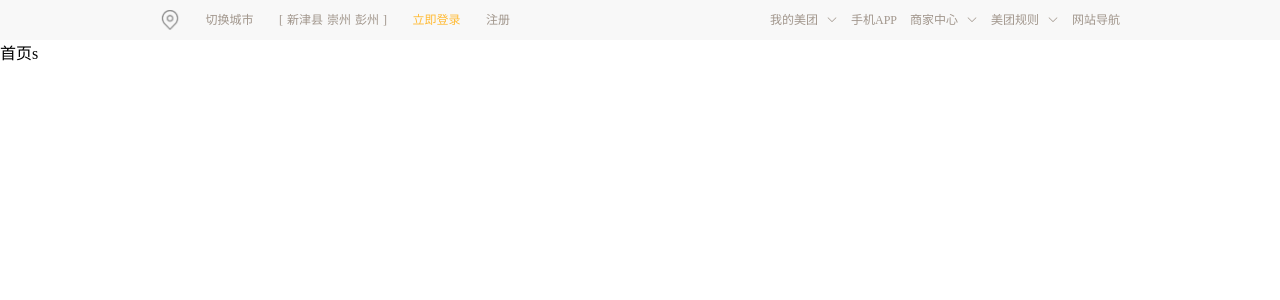
Repository: Wu-Tong-Xian/EasyMeituan
Page: /
An editor plug-in stored every save of this project. The page is shown before and after the next save, followed by the edit.
The browser window is 1280 px wide. The pictures show the whole page.
The page's requests for data from a server got no answer. The project was rebuilt for these pictures with package versions that can differ from the ones it lists, and the page was loaded fresh each time. No one was signed in, and anything a server would have sent is missing. Also part of the build but not shown: vue.config.js.

Above is the page before, as saved 2020-08-20 17:21:36.

### src/main.js
import Vue from 'vue'
import App from './App.vue'
import router from './router'
import store from './store'
import api from './http/api'  //引入http 里封装的api
// 因为封装了axios 在http引入了
// import axios from 'axios'//引入axios
// Vue.prototype.$axios = axios;//把axios挂载到vue上

// 引入element ui
import ElementUI from 'element-ui';
import 'element-ui/lib/theme-chalk/index.css';

Vue.config.productionTip = false
Vue.prototype.$api =api
Vue.use(ElementUI);

new Vue({
  router,
  store,
  render: h => h(App)
}).$mount('#app')

### src/App.vue
<template>
  <div id="app">
    <router-view/>

  </div>
</template>

<style lang="scss">
@import "./style/components";
</style>

### src/router/index.js
import Vue from 'vue'
import VueRouter from 'vue-router'
import Home from '../views/Home.vue'
import layout from '../views/layout/layout.vue'

Vue.use(VueRouter)

  const routes = [
    {
      path:'/home',
      redirect:'/'
    },
  {
    path: '/',
    name: 'layout',
    component: layout,
    children:[{
      path:'',
      name:'/home',
      component:Home,
      meta:{
        title:'首页',
      },
    },
    {
      path: '/citySelection',
      name: 'citySelection',
      component: () => import( '../views/citySelection/citySelection.vue'),
      meta:{
        title:'城市选择',
      },
    },
    {
      path: '/detail',
      name: 'detail',
      component: () => import(/* webpackChunkName: "about" */ '../views/detail/detail.vue'),
      meta:{
        title:'详情页',
      },
    },
  ]
  },
  {
    path: '/login',
    name: 'login',
    component: () => import(/* webpackChunkName: "about" */ '../views/login/login'),
    meta:{
      title:'登录页',
    },
  },
  {
    path: '/phoneApp',
    name: 'phoneApp',
    component: () => import(/* webpackChunkName: "about" */ '../views/phoneApp/phoneApp'),
    meta:{
      title:'手机App',
    },
  },
  {
    path: '/register',
    name: 'register',
    component: () => import(/* webpackChunkName: "about" */ '../views/register/register'),
    meta:{
      title:'登录页',
    },
  },
  {
    path:'*',
    component: () => import(/* webpackChunkName: "about" */ '../views/err/err'),
  }

]

const router = new VueRouter({
  mode: 'history',
  base: process.env.BASE_URL,
  routes
})


//  设置 白名单： 登陆 注册  找回密码/
// let whitePath = [ '/login','/register','/findPwd']
// // let whitePath = [ '/login']

router.beforeEach((to,from,next) =>{
//   // 通过路由源信息（meta（写在路由后 在上面））给浏览器绑定名字
  document.title =to.meta.title
//   let user =JSON.parse(localStorage.getItem('user'))
//   // 如果用户跳转的就是登录页面就让他直接去
//   // 设置了白名单 这里就可以修改为
//   if(whitePath.includes(to.path)) {
//   // if(to.path === '/login') {
    next()
//   }else {
//     // 如果有user就让他调转其他页面 否则就调转到本页面
//       user ? next() : next('/login')
//     }
})


export default router

### src/http/api.js
// import api from './http/api'  //需要在main.js 里面引入 里封装的api
// Vue.prototype.$api =api      //需要在main.js 里面引入 里封装的api

//是用来封装所有的请求
import service from "./index" //http 下面叫index的 必须省略index.js
// import { get } from "core-js/fn/dict"
// import { get } from "core-js/fn/dict"

// export default{} 里面所有的属性就是请求方法
export default {
  // 3. 分类查询(get)   /classification?mallSubId=${id}   参数:  id:默认分类的id
  getClassification(id) {
    return service.get(`/classification?mallSubId=${id}`)
  },
  // 14. 获取用户信息(post) /queryUser
  getqueryUser() {
    return service.post(`queryUser`)
  },
  // 15. 修改保存用户信息(post) //saveUser 参数: gender:性别 year:年 month:月 day:日 id:用户id nickname:昵称
  getsaveUser({    gender,    year,    month,    day,    id,    nickname
  }) {
    return service.post('saveUser', {  gender,  year,  month, day, id,  nickname
    })
  },
  // 16. 查询用户订单数量(get)  // /myOrder/orderNum
  getorderNum() {
    return service.get(`/myOrder/orderNum`)
  },
// 上面是pc 发请求get(有参数跟没参数示例) post(有参数,跟没参数)




  // ###  获取定位  ```js   http://localhost:8888/position ```
  getposition() {
    return service.get(`/position`)
  },

  // ### 获取所有省份 ```js   http://localhost:8888/province```
  getProvince() {
    return service.get(`/province`)
  },

  // ### 获取省份所有城市  http://localhost:8888/citys/省份id
  getCitys(id) {
    return service.get(`/citys?id=${id}`)
  },

  // ### 获取城市具体信息  ``` js   http://localhost:8888/crumbs?city=城市名
  getcrumbs(city) {
    return service.get(`/crumbs?city=${city}`)
  },

  // ### 省市关联   http://localhost:8888/city
  getcity() {
    return service.get(`/city`)
  },

  // ### 热门城市   http://localhost:8888/hotCity
  gethotCity() {
    return service.get(`/hotCity`)
  },
  // ### 全部分类   http://localhost:8888/menu
  getmenu() {
    return service.get(`/menu`)
  },
  // ### 热门搜索   http://localhost:8888/hotPlace?city=城市名```
  gethotPlace(city) {
    return service.get(`/hotPlace?city=${city}`)
  },
  // ### 搜索建议    http://localhost:8888/searchTop?city=城市名&input=关键词```
  getsearchTop(city,input) {
    return service.get(`/searchTop?city=${city}&input=${input}`)
  },
  // ### 根据关键词搜索  http://localhost:8888/results?city=城市名&keyword=关键词 ```
  getresults(city,keyword) {
    return service.get(`results?city=${city}&input=${keyword}`)
  },
  // ### 商铺详情  http://localhost:8888/products?keyword=商铺名称&city=城市名```
  getproducts(keyword,city) {
    return service.get(`/products?keyword=${keyword}&city=${city}`)
  },
  // ### 有格调 (调关键词搜索接口)   #### 对应的tab
  // - 约会聚餐 => 美食   - 丽人spa => 丽人   - 电影演出 => 电影
  // - 品质出游 => 旅游   - 全部 => 景点    ### 登录

  // ### 登录 http://localhost:8888/users/login (post)  参数: username: 用户名 password: 密码
  postlogin({ username,  password  }) {
    return service.post('/users/login', {  username,  password    })
  },

  // ### 注册  http://localhost:8888/users/register (post)参数:
  //   - username: 用户名  - password: 密码  - email: 邮箱
  postregister({ username, password, email}) {
    return service.post('/users/register', {  username, password, email })
  },

  // ### 需要用到的图片路径

  //s0.meituan.net/bs/fe-web-meituan/2d05c2b/img/avatar.jpg
  //p0.meituan.net/codeman/843d7347cb20d945e4bc39b6403f0515182965.png
  //p1.meituan.net/codeman/16442c19da1f1c4544f794e29d99c92051716.jpg
  //p1.meituan.net/codeman/5b21cddb4bb1cbc3a9c3bce0f726c75940469.jpg
  //p0.meituan.net/codeman/e473bb428f070321269b23370ff02ba956209.jpg
  //s1.meituan.net/bs/fe-web-meituan/60ac9a0/img/download-qr.png
  //s0.meituan.net/bs/file/?f=fe-sso-fs:build/page/static/banner/www.jpg

  // ### 协议链接   http://www.meituan.com/about/terms

  //登录 请求示例  第一种协防
  // login(params){
  //   //所有的方法必须return
  //   return service.post('/user/login',params)
  // },

  // 实例 第二种方法  解构赋值的写法
  // login(username,password) {
  //   return service.post('./user/login',{
  //     // username:username,
  //     username,   //简写其实是上面那样的 所以实参也是username
  //     password
  //   })
  // },

  //示例 获取所有文章  平时用字符转 ，如果有参数就用模板字符串
  // allArticle(id){
  //   return service.get(`./article/allArticle?id=${id}`)
  // },
  //示例 获取所有文章 get请求两个参数的情况
  // allArticle(){
  //   return service.get(`./article/allArticle?id=${id}&num=${num}`)
  // }
  // 上面是get post 封装请求的示例 封装完之后在main.js 里引用这个文件
  //   import api from "./http/api"
  //   Vue.pprototype 的原型链上自己取一个名字 特殊一点
  //   Vue.pprototype.$api =api
}

### src/style/components.scss
/* 整理出来的css 公共样式 */

* {
  padding: 0;
  margin: 0;
}

.d-block {
  display: block;
}

// 文字居中
.t-center {
  text-align: center;
}

/* display */

.fl {
  display: flex;
}

.j-center {
  justify-content: center;
}

/* 两边有间距比everny大一点中间等分 */

.j-around {
  justify-content: space-around;
}

/* 左右靠边 中间等分 */

.j-between {
  justify-content: space-between;
}

/* 两边有间距中间等分 */

.j-evenly {
  justify-content: space-evenly;
}

// 常用盒子大小
.w-1200 {
  width: 1200px;
}

.w-1000 {
  width: 1000px;
}

// 常用字体的两个颜色和大小
.colg {
    color: #A1968C;
}

.colb {
    color: #1D3447;
}

.colw {
    color: #F9F9F9;
}
.colr{
    color: red;
}

.fz12 {
  font-size: 12px;
}

.fz14 {
  font-size: 14px;
}

.fz18 {
  font-size: 20px;
}

.pd-t20 {
  padding-top: 20px;
}

.pd-t10 {
  padding-top: 10px;
}

.pd-tb20 {
  padding: 20px 0 20px 0;
}
.mg-lr10 {
  margin: 0 20px 0 20px;
}
// 外边距
.m0 {
  margin: 0 auto;
}

.mg20 {
  margin: 20px;
}

.mg-b20 {
  margin-bottom: 20px;
}

.mg-tb20 {
  margin: 20px 0 20px 0;
}

.mg-t10 {
  margin-top: 10px;
}

.mg-tb10 {
  margin: 10px 0 10px 0;
}

.mg-l20 {
  margin-left: 20px;
}

.mg-l10 {
  margin-left: 10px;
}

.mg-t20 {
  margin-top: 20px;
}

.mg-r20 {
  margin-right: 20px;
}

.mg-r10 {
  margin-right: 10px;
}
.mg-lr20 {
  margin: 0 20px 0 20px;
}

// 桌面背景颜色
.box {
  background: #f9f9f9;
}
// 鼠标附上去改变颜色
.h-hover:hover {
  color: #FFBB36;
}
.c-hover:hover {
  color: #000;
}
// 超出部分自动换行
.fl-wrap {
  flex-wrap: wrap;
}
// 超出部分不换行  为了横向移动效果
fl-nowrap {
  flex-wrap: nowrap;
}
// 超出本分文字隐藏 用..表示
.t-none {
  white-space: nowrap;
  overflow: hidden;
  text-overflow: ellipsis;
  width: 28vm;
}
// 鼠标移过变小手
.c-pointer {
  cursor: pointer;
}

.t-l{
  text-decoration:line-through
}
//  在顶部盒子取一个类名 吸顶效果
.ceiling {
  position:fixed;
  width:100%;
  z-index:999;
  background: #ededed;
}
// 下滑线
.t-u{
  text-decoration:underline
}
// 删除线
.t-l{
  text-decoration:line-through
}// 上滑线
.t-o{
  text-decoration:overline
}
.p-r{
  position: relative;
}
.mg-t2{
  margin-top:2px;
}

### src/views/Home.vue
<template>
 <div>
  首页s
 </div>
</template>

<script>
 export default {
   name: '',
   props: {
   },
   components: {

   },
   data () {
     return {

     }
   },
   methods: {

   },
   mounted() {

   },
   watch: {

   },
   computed: {

   }
 }
</script>

<style scoped lang='scss'>

</style>

### src/views/layout/layout.vue
<template>
  <div>
  <!--头部公共-->
    <div class="head1">
      <div class="w960 fl j-between fz12 colg c-pointer">
        <!--头部左边-->
        <div class="fl left-head1 j-between">
          <div @click="open1" class="fl">
            <img class="position1" src="../../assets/position1.png" alt />
            <div>{{city}}</div>
          </div>
          <div @click="citySelection" class="h-hover">切换城市</div>
          <div @click="open" class="fl">
            <div>[</div>
            <div class="mg-lr4 h-hover">新津县</div>
            <div class="h-hover">崇州</div>
            <div class="mg-lr4 h-hover">彭州</div>
            <div>]</div>
          </div>
          <div @click="gologin" class="h-hover ys">立即登录</div>
          <div @click="goregister" class="h-hover">注册</div>
        </div>
        <!--头部又边-->
        <div class="fl p-r j-between left-head1">
          <!-- 下拉菜单 -->
          <el-dropdown size="mini">
            <span class="el-dropdown-link h-hover colg fz12">
              我的美团
              <i class="el-icon-arrow-down el-icon--right"></i>
            </span>
            <el-dropdown-menu slot="dropdown">
              <el-dropdown-item>我的订单</el-dropdown-item>
              <el-dropdown-item>我的收藏</el-dropdown-item>
              <el-dropdown-item>抵用卷</el-dropdown-item>
              <el-dropdown-item>账户设置</el-dropdown-item>
            </el-dropdown-menu>
          </el-dropdown>

          <div @click="gophoneApp" class="h-hover">手机APP</div>
          <!-- 下拉菜单 -->
          <el-dropdown size="mini">
            <span class="el-dropdown-link h-hover colg fz12">
              商家中心
              <i class="el-icon-arrow-down el-icon--right"></i>
            </span>
            <el-dropdown-menu slot="dropdown">
              <el-dropdown-item>美团商饮餐户</el-dropdown-item>
              <el-dropdown-item>登录商家中心</el-dropdown-item>
              <el-dropdown-item>美团只能收银</el-dropdown-item>
              <el-dropdown-item>我想合作</el-dropdown-item>
              <el-dropdown-item>手机免费开店</el-dropdown-item>
              <el-dropdown-item>餐饮代理商招募</el-dropdown-item>
              <el-dropdown-item>商家免费开票</el-dropdown-item>
              <el-dropdown-item>免费合作美团合作</el-dropdown-item>
            </el-dropdown-menu>
          </el-dropdown>
          <!-- 下拉菜单 -->
          <el-dropdown size="mini">
            <span class="el-dropdown-link h-hover colg fz12">
              美团规则
              <i class="el-icon-arrow-down el-icon--right"></i>
            </span>
            <el-dropdown-menu slot="dropdown">
              <el-dropdown-item>美团中心</el-dropdown-item>
              <el-dropdown-item>美团规则</el-dropdown-item>
              <el-dropdown-item>美团评议员</el-dropdown-item>
            </el-dropdown-menu>
          </el-dropdown>
          <div class="h-hover nav fl">
            <div>网站导航</div>
            <div class="navigation ">
              <div class="fl j-around">
                <div class="fz14 colg">
                  <div class="colb t-center">酒店旅游</div>
                  <div class="fl">
                    <div class="box1">
                      <div>国际机票</div>
                      <div>经济型酒店</div>
                      <div>公寓</div>
                      <div>青年旅舍</div>
                      <div>农家院</div>
                    </div>
                    <div class="box1 mg-lr20">
                      <div>火车站</div>
                      <div>主体酒店</div>
                      <div>豪华酒店</div>
                      <div>度假酒店</div>
                    </div>
                    <div class="box1">
                      <div>民宿</div>
                      <div>商务酒店</div>
                      <div>客栈</div>
                      <div>别墅</div>
                    </div>
                  </div>
                </div>

                <div class="fz14 colg">
                  <div class="colb t-center">吃美食</div>
                  <div class="fl">
                    <div class="box1  mg-r20">
                      <div>烤鱼</div>
                      <div>烧烤</div>
                      <div>火锅</div>
                    </div>
                    <div class="box1">
                      <div>特色</div>
                      <div>自助小吃</div>
                      <div>代金卷</div>
                    </div>
                  </div>
                </div>

                <div class="fz14 colg">
                  <div class="colb t-center">看电影</div>
                  <div class="box1 ">
                    <div>热映电影</div>
                    <div>热门电影</div>
                    <div>热映电影口碑榜</div>
                    <div>最受期待电影</div>
                    <div>国内票行榜</div>
                    <div>欧美票行榜</div>
                    <div>电影排行榜</div>
                  </div>
                </div>

                <div class="fz14 colg">
                  <div class="colb t-center">手机应用</div>
                  <div class="box1">
                    <div>
                      <img src="../../assets/mei1.png" alt />
                    </div>
                    <div>
                      <img src="../../assets/mei2.png" alt />
                    </div>
                  </div>
                </div>
              </div>
            </div>
          </div>
        </div>
        <!-- 网站导航 鼠标移入的样式 -->
      </div>
    </div>
    <!--logo 搜索公共部分-->
    <div class="search-box">

    </div>
    <router-view></router-view>
  </div>
</template>

<script>
export default {
  name: "",
  props: {},
  components: {},
  data() {
    return {
      city: "",
    };
  },
  methods: {
    gophoneApp() {
      this.$router.push("phoneApp");
    },
    gologin() {
      this.$router.push("login");
    },
    goregister() {
      this.$router.push("register");
    },
    open() {
      this.$message("想太多,这里只是装饰");
    },
    open1() {
      this.$message("请点击又边的切换城市");
    },
    getpotions() {
      this.$api
        .getposition()
        .then((res) => {
          console.log(res);
          this.city = JSON.parse(res.data).city;
        })
        .catch((err) => {
          console.log(err);
        });
    },
    citySelection() {
      this.$router.push("citySelection");
    },
  },
  mounted() {
    this.getpotions();
  },
  watch: {},
  computed: {},
};
</script>

<style scoped lang='scss'>
// 头部样式
.head1 {
  width: 100%;
  height: 40px;
  background: #f8f8f8;
}
.w960 {
  margin: 0 auto;
  width: 960px;
  height: 40px;
  line-height: 40px;
}
.position1 {
  width: 20px;
  height: 20px;
  margin-top: 10px;
}

.left-head1 {
  width: 350px;
}
.mg-lr4 {
  margin: 0 4px 0 4px;
}
.ys {
  color: #ffbb36;
}
.el-dropdown-item {
  color: #ffbb36;
}
.nav:hover {
  background: #ffffff;
  .navigation {
    display: block;
  }
}
.navigation {
  position: absolute;
  left: -174.4%;
  top: 100%;
  width: 960px;
  height: 320px;
  background: #ffffff;
  display: none;
}
.box1 {
  margin-top: 20px;
  line-height: 35px;
  text-align: center;
}
// 搜索盒子样式

</style>

### src/http/index.js
// http 专门用来发送请求
// 如果下面的文件叫index  可以不用引导index.js 只用到http
// 封装axios

import axios from 'axios'

//创建axios的实例    const service =axios.create(创造的意思) 是一个对象
const service =axios.create({
  // 请求的基础路径 如果配置了基础路径 在实际发请求的时候可以省略
  baseURL:'/api',
  // 超时时间配置 毫秒为单位：timeout
  timeout:10000   //如果发送请求超过10S就会请求失败
})



//相应拦截   固定写法
service.interceptors.response.use(res =>{
  return res.data   //之前都是res.data.data  现在就可以少些一层data
})
//export default(默认导出)
export default service

Loaded but not shown: public/index.html (common file); src/store/index.js (common file)

After the next save:
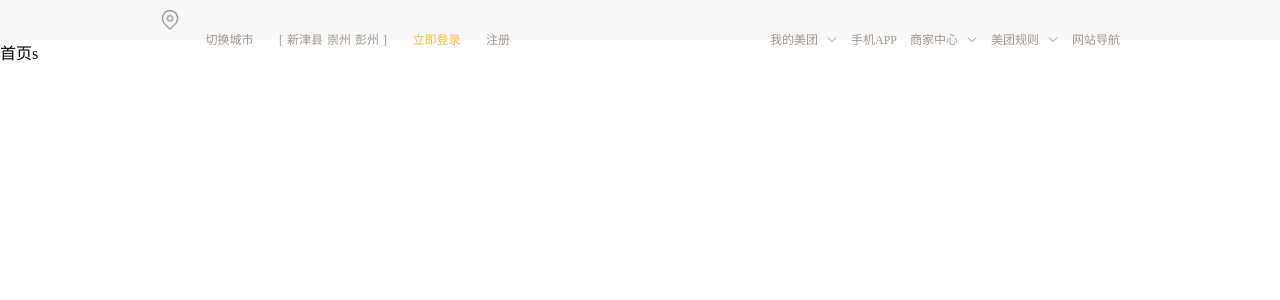
Saved 16 s later.
--- a/src/views/layout/layout.vue
+++ b/src/views/layout/layout.vue
@@ -210,7 +210,7 @@
   margin: 0 auto;
   width: 960px;
   height: 40px;
-  line-height: 40px;
+  line-height: 80px;
 }
 .position1 {
   width: 20px;

After the save that followed:
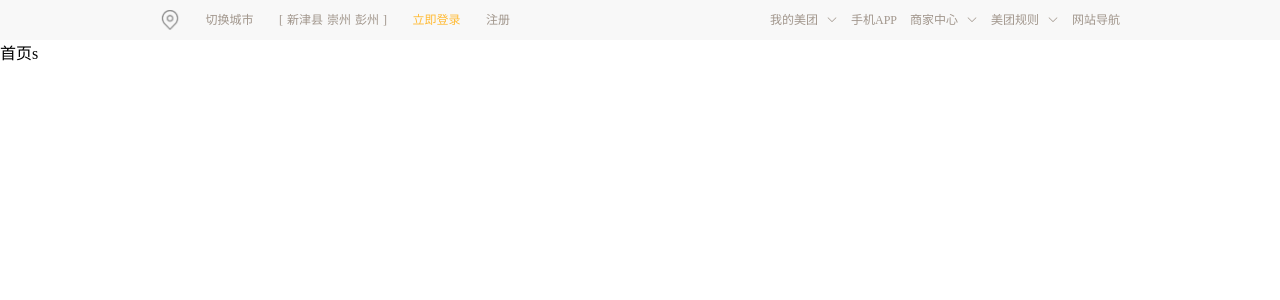
Saved 5 s later.
--- a/src/views/layout/layout.vue
+++ b/src/views/layout/layout.vue
@@ -210,7 +210,7 @@
   margin: 0 auto;
   width: 960px;
   height: 40px;
-  line-height: 80px;
+  line-height: 40px;
 }
 .position1 {
   width: 20px;
